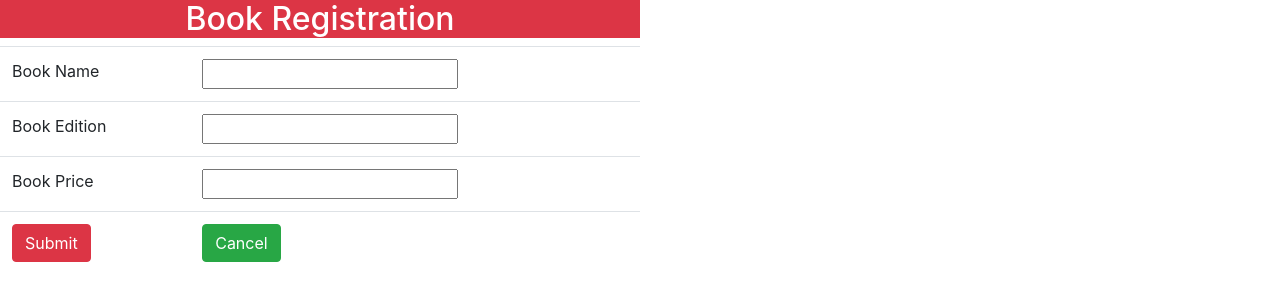
Repository: meriam0000/servlet
Page: BookWebApp/src/main/webapp/Home.html
An editor plug-in stored every save of this project. The page is shown before and after the next save, followed by the edit.
The browser window is 1280 px wide. The pictures show the whole page.

Above is the page before, as saved 2024-02-12 20:49:11.

### BookWebApp/src/main/webapp/Home.html
<!DOCTYPE html>
<html>
<head>
<meta charset="UTF-8">
<title>Book Registration</title>
<link rel="stylesheet"  href="css/bootstrap.css ">
</head>
<body class="container-fluid-card" style="width:40rem;" >
<h2 class="bg-danger text-white text-center">Book Registration </h2>
<form action="register" method="post" >
<table class="table table-hover" >
<tr>
<td>
Book Name

</td>
<td>
<input type="text" name="bookName">
</td>
</tr>
<tr>
<td>
Book Edition
</td>
<td>
<input type="text" name="bookEdition">
</td>
</tr>

<tr>
<td>
Book Price
</td>
<td>
<input type="text" name="bookPrice">
</td>
</tr>

<tr>
<td><button type ="submit"  class="btn btn-danger"> Submit</button></td>
<td><button type="reset" class="btn btn-success" > Cancel</button></td>
</tr>

</table>


</form>
</body>
</html>

Loaded but not shown: BookWebApp/src/main/webapp/css/bootstrap.css (library)

After the next save:
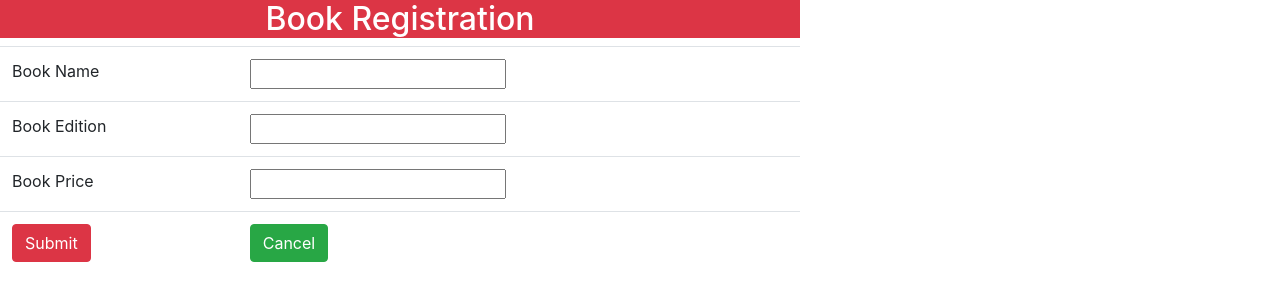
Saved 21 s later.
--- a/BookWebApp/src/main/webapp/Home.html
+++ b/BookWebApp/src/main/webapp/Home.html
@@ -5,7 +5,7 @@
 <title>Book Registration</title>
 <link rel="stylesheet"  href="css/bootstrap.css ">
 </head>
-<body class="container-fluid-card" style="width:40rem;" >
+<body class="container-fluid-card" style="width:50rem;" >
 <h2 class="bg-danger text-white text-center">Book Registration </h2>
 <form action="register" method="post" >
 <table class="table table-hover" >
